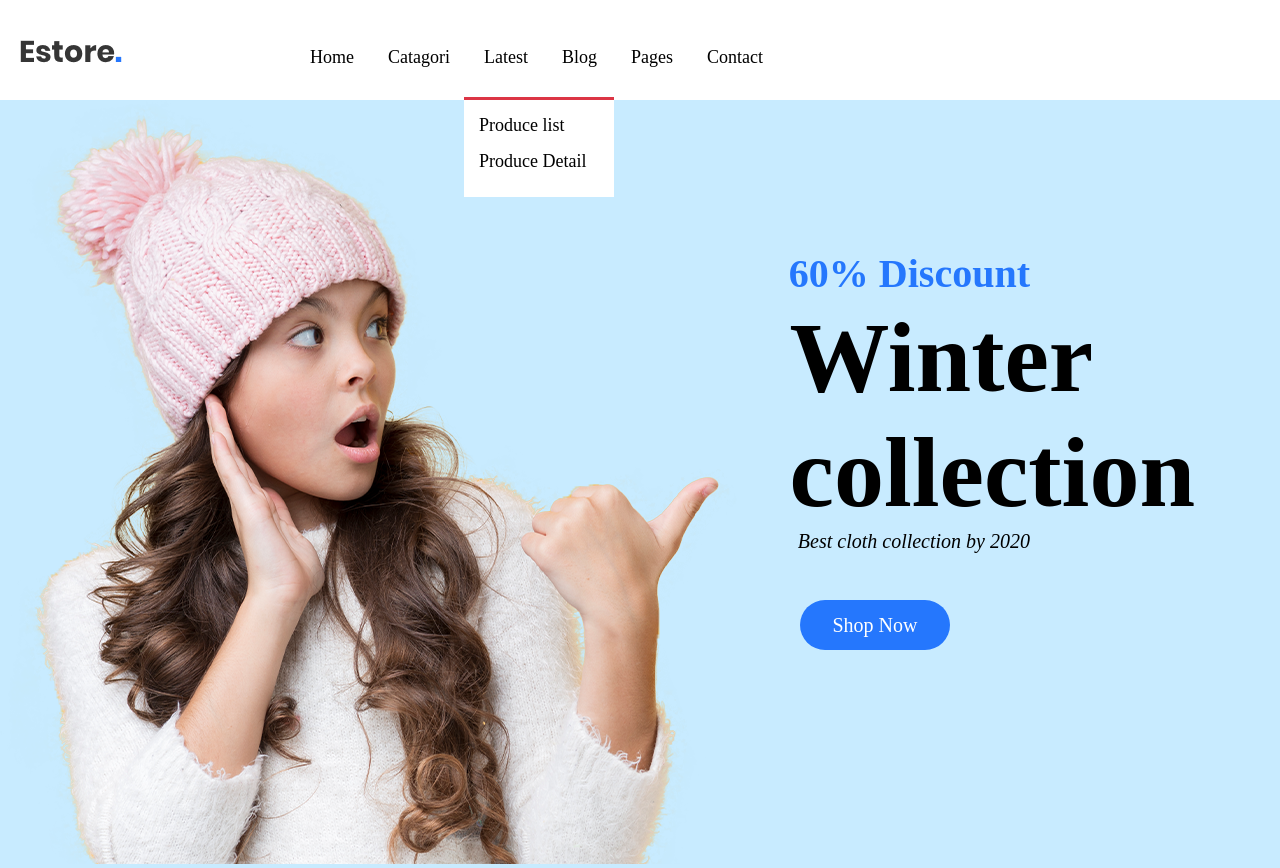
Repository: nhutduy0803/template1
Page: index.html
An editor plug-in stored every save of this project. The page is shown before and after the next save, followed by the edit.
The browser window is 1280 px wide. The pictures show the whole page.

Above is the page before, as saved 2021-12-02 21:02:30.
Console error: TypeError: Cannot set properties of null (setting 'onclick')

After the next save:
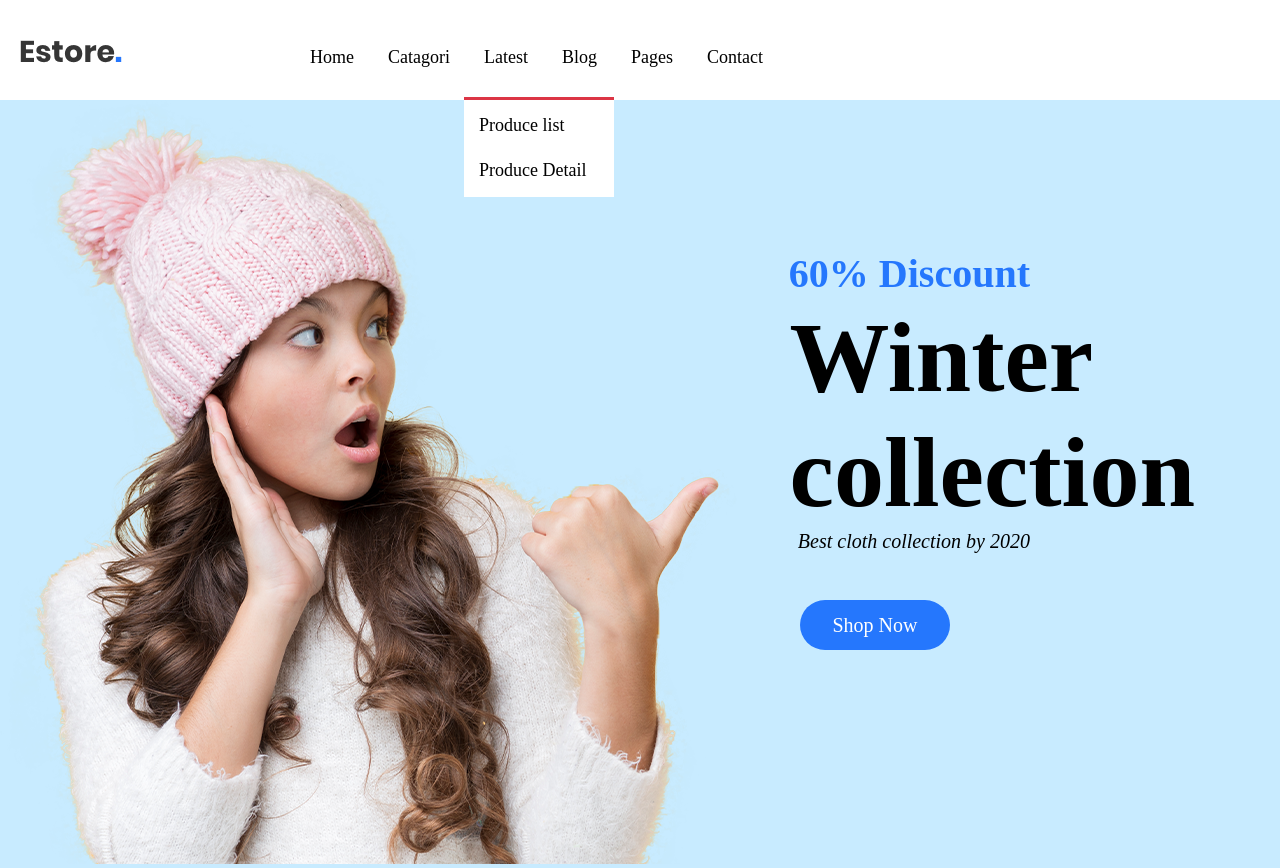
Saved 13 s later.
--- a/assets/css/style.css
+++ b/assets/css/style.css
@@ -109,10 +109,8 @@
   margin-left: 15px;
   margin-top: 15px;
   display: block;
-}
-
-.sub-nav span:hover {
-  color: #dc3545;
+  width: 100%;
+  height: 30px;
 }
 
 .sub-nav {

After the save that followed:
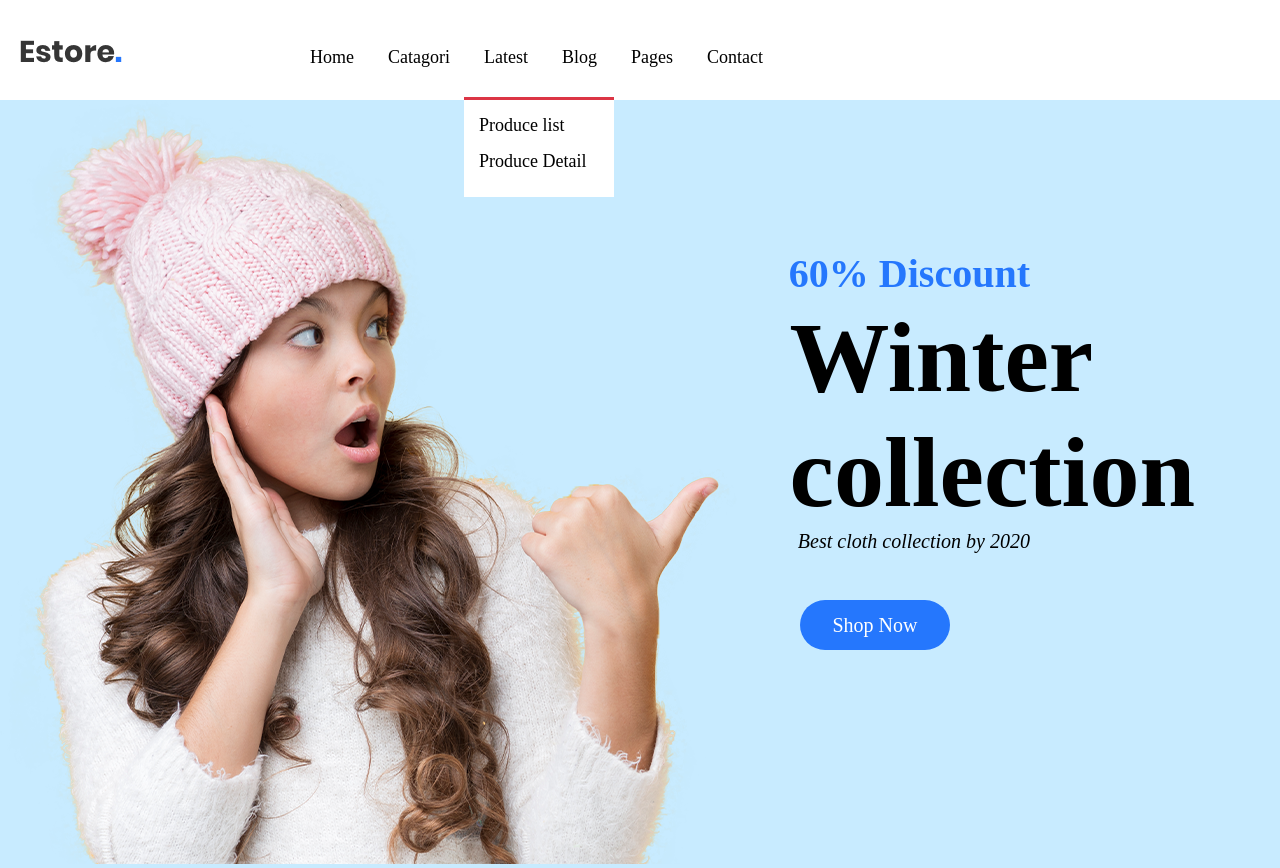
Saved 11 s later.
--- a/assets/css/style.css
+++ b/assets/css/style.css
@@ -109,8 +109,6 @@
   margin-left: 15px;
   margin-top: 15px;
   display: block;
-  width: 100%;
-  height: 30px;
 }
 
 .sub-nav {
